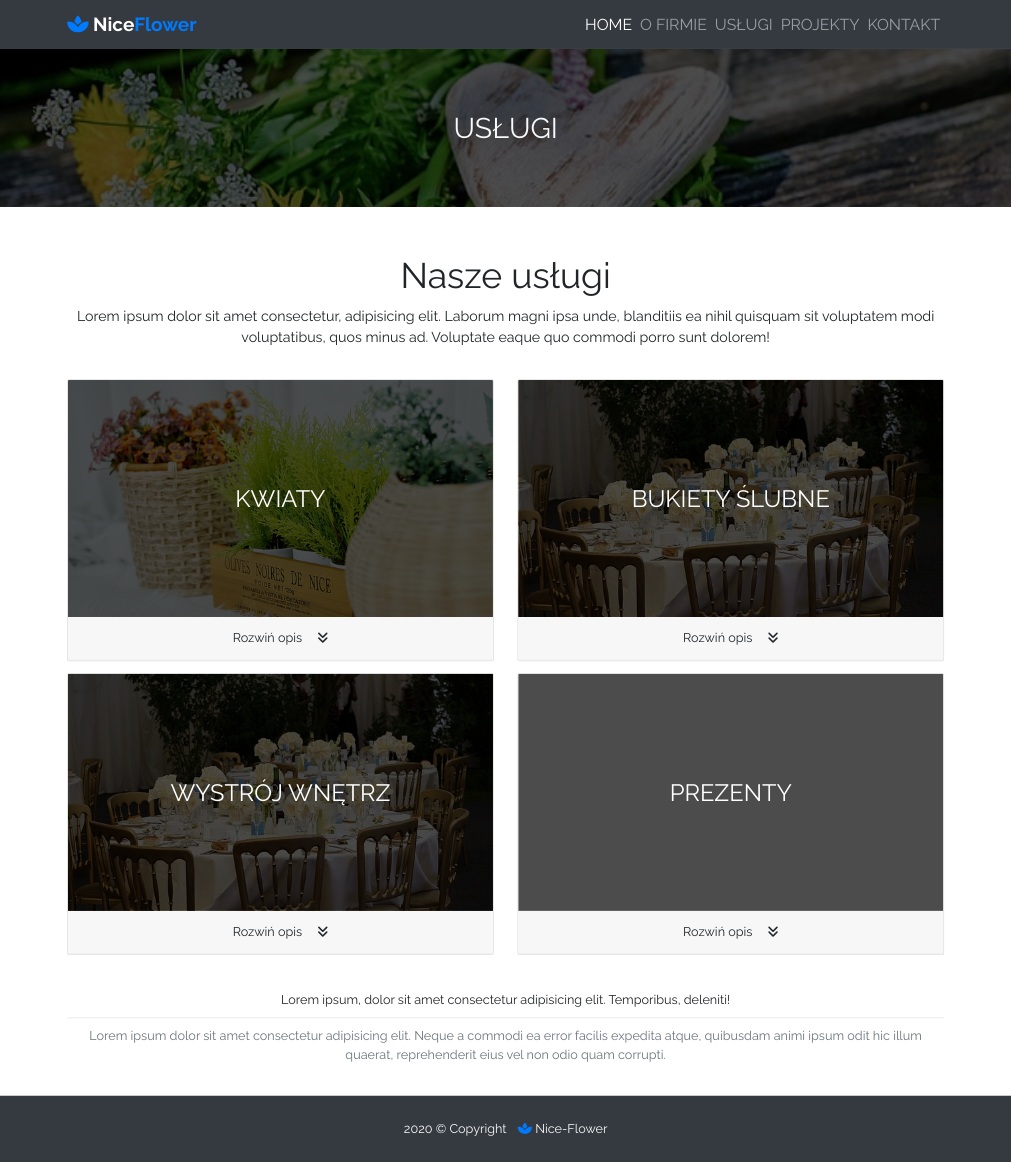
Repository: KrzysKolo/Projekt-13_Kwiaciarnia
Page: services.html
The author's editor kept a copy of each file at every save. The page is drawn from the files as they stood at one save, then again after the next save.
The browser window is 1280 px wide. The pictures show the whole page, at 79% of full size.
Some web libraries are served in a nearby version.

Above is the page before, as saved 2020-08-11 11:13:13.

### services.html
<!DOCTYPE html>
<html lang="pl">
  <head>
    <meta charset="UTF-8" />
    <meta name="viewport" content="width=device-width, initial-scale=1.0" />
    <title>Nice-Flower</title>
    <script
      src="https://kit.fontawesome.com/21efeaf281.js"
      crossorigin="anonymous"
    ></script>

    <link
      rel="stylesheet"
      href="https://stackpath.bootstrapcdn.com/bootstrap/4.5.0/css/bootstrap.min.css"
      integrity="sha384-9aIt2nRpC12Uk9gS9baDl411NQApFmC26EwAOH8WgZl5MYYxFfc+NcPb1dKGj7Sk"
      crossorigin="anonymous"
    />
    <link
      href="https://fonts.googleapis.com/css2?family=Raleway:wght@400;700&display=swap"
      rel="stylesheet"
    />
    <link rel="stylesheet" href="style.css" />
  </head>
  <body>
    <nav class="navbar navbar-expand-lg navbar-dark bg-dark py-3">
      <div class="container">
        <a class="navbar-brand" href="index.html"
          ><i class="fas fa-spa text-primary"></i> Nice<span
            class="text-primary"
            >Flower</span
          ></a
        >
        <button
          class="navbar-toggler border-0"
          type="button"
          data-toggle="collapse"
          data-target="#navbarNavAltMarkup"
          aria-controls="navbarNavAltMarkup"
          aria-expanded="false"
          aria-label="Toggle navigation"
        >
          <i class="fas fa-bars px-4"></i>
        </button>
        <div class="collapse navbar-collapse" id="navbarNavAltMarkup">
          <div class="navbar-nav ml-auto">
            <a class="nav-link active" href="index.html">Home </a>
            <a class="nav-link" href="abouteus.html">O firmie</a>
            <a class="nav-link" href="#"
              ><span class="sr-only">(current)</span>Usługi</a
            >
            <a class="nav-link" href="projects.html">Projekty</a>
            <a class="nav-link" href="contact.html">Kontakt</a>
          </div>
        </div>
      </div>
    </nav>

    <!-- MAIN -->
    <main>
      <section class="top-hero service-hero">
        <div class="hero-shadow"></div>
        <p class="top-hero-text text-light">usługi</p>
      </section>
      <section class="py-5 service-pricing">
        <div class="container">
          <div class="py-5 text-center">
            <p class="display-3">Nasze usługi</p>
            <p class="additional-text">
              Lorem ipsum dolor sit amet consectetur, adipisicing elit. Laborum
              magni ipsa unde, blanditiis ea nihil quisquam sit voluptatem modi
              voluptatibus, quos minus ad. Voluptate eaque quo commodi porro
              sunt dolorem!
            </p>
          </div>

          <div class="row">
            <div class="col-md-6">
              <div class="accordion" id="acc">
                <div class="card mb-4">
                  <div class="service-hero-box box-one">
                    <div class="hero-shadow"></div>
                    <p class="h-100 text-white text-center p-3">
                      kwiaty
                    </p>
                  </div>

                  <div
                    data-toggle="collapse"
                    data-target="#collapseOne"
                    aria-expanded="true"
                    aria-controls="collapseOne"
                  >
                    <div class="card-header text-center py-4">
                      Rozwiń opis <i class="fas fa-angle-double-down ml-4"></i>
                    </div>
                  </div>

                  <div id="collapseOne" class="collapse" data-parent="#acc">
                    <div class="card-body px-5 py-4">
                      <h3>Opis:</h3>
                      <p>
                        Lorem ipsum dolor sit amet consectetur adipisicing elit.
                        Similique, ex a. Necessitatibus quaerat repellendus
                        totam perferendis.
                      </p>
                      <h3 class="mt-5">Dla kogo?</h3>
                      <p>
                        Lorem ipsum dolor sit amet, consectetur adipisicing
                        elit. Blanditiis nisi eaque asperiores esse amet,
                        maiores harum.
                      </p>
                    </div>
                    <div class="card-footer text-center">
                      <button class="btn btn-outline-dark py-3 px-5">
                        Wybieram
                      </button>
                    </div>
                  </div>
                </div>
              </div>
            </div>
            <div class="col-md-6">
              <div class="accordion" id="acc2">
                <div class="card mb-4">
                  <div class="service-hero-box box-two">
                    <div class="hero-shadow"></div>
                    <p class="h-100 text-white text-center p-3">
                      bukiety ślubne
                    </p>
                  </div>

                  <div
                    data-toggle="collapse"
                    data-target="#collapseTwo"
                    aria-expanded="true"
                    aria-controls="collapseTwo"
                  >
                    <div class="card-header text-center py-4">
                      Rozwiń opis <i class="fas fa-angle-double-down ml-4"></i>
                    </div>
                  </div>

                  <div id="collapseTwo" class="collapse" data-parent="#acc2">
                    <div class="card-body px-5 py-4">
                      <h3>Opis:</h3>
                      <p>
                        Lorem ipsum dolor sit amet consectetur adipisicing elit.
                        Similique, ex a. Necessitatibus quaerat repellendus
                        totam perferendis.
                      </p>
                      <h3 class="mt-5">Dla kogo?</h3>
                      <p>
                        Lorem ipsum dolor sit amet, consectetur adipisicing
                        elit. Blanditiis nisi eaque asperiores esse amet,
                        maiores harum.
                      </p>
                    </div>
                    <div class="card-footer text-center">
                      <button class="btn btn-outline-dark py-3 px-5">
                        Wybieram
                      </button>
                    </div>
                  </div>
                </div>
              </div>
            </div>
            <div class="col-md-6">
              <div class="accordion" id="acc3">
                <div class="card mb-4">
                  <div class="service-hero-box box-three">
                    <div class="hero-shadow"></div>
                    <p class="h-100 text-white text-center p-3">
                      wystrój wnętrz
                    </p>
                  </div>

                  <div
                    data-toggle="collapse"
                    data-target="#collapseThree"
                    aria-expanded="true"
                    aria-controls="collapseThree"
                  >
                    <div class="card-header text-center py-4">
                      Rozwiń opis <i class="fas fa-angle-double-down ml-4"></i>
                    </div>
                  </div>

                  <div id="collapseThree" class="collapse" data-parent="#acc3">
                    <div class="card-body px-5 py-4">
                      <h3>Opis:</h3>
                      <p>
                        Lorem ipsum dolor sit amet consectetur adipisicing elit.
                        Similique, ex a. Necessitatibus quaerat repellendus
                        totam perferendis.
                      </p>
                      <h3 class="mt-5">Dla kogo?</h3>
                      <p>
                        Lorem ipsum dolor sit amet, consectetur adipisicing
                        elit. Blanditiis nisi eaque asperiores esse amet,
                        maiores harum.
                      </p>
                    </div>
                    <div class="card-footer text-center">
                      <button class="btn btn-outline-dark py-3 px-5">
                        Wybieram
                      </button>
                    </div>
                  </div>
                </div>
              </div>
            </div>
            <div class="col-md-6">
              <div class="accordion" id="acc4">
                <div class="card mb-4">
                  <div class="service-hero-box box-four">
                    <div class="hero-shadow"></div>
                    <p class="h-100 text-white text-center p-3">prezenty</p>
                  </div>

                  <div
                    data-toggle="collapse"
                    data-target="#collapseFour"
                    aria-expanded="true"
                    aria-controls="collapseFour"
                  >
                    <div class="card-header text-center py-4">
                      Rozwiń opis <i class="fas fa-angle-double-down ml-4"></i>
                    </div>
                  </div>

                  <div id="collapseFour" class="collapse" data-parent="#acc4">
                    <div class="card-body px-5 py-4">
                      <h3>Opis:</h3>
                      <p>
                        Lorem ipsum dolor sit amet consectetur adipisicing elit.
                        Similique, ex a. Necessitatibus quaerat repellendus
                        totam perferendis.
                      </p>
                      <h3 class="mt-5">Dla kogo?</h3>
                      <p>
                        Lorem ipsum dolor sit amet, consectetur adipisicing
                        elit. Blanditiis nisi eaque asperiores esse amet,
                        maiores harum.
                      </p>
                    </div>
                    <div class="card-footer text-center">
                      <button class="btn btn-outline-dark py-3 px-5">
                        Wybieram
                      </button>
                    </div>
                  </div>
                </div>
              </div>
            </div>
          </div>

          <p class="mt-5 text-center">
            Lorem ipsum, dolor sit amet consectetur adipisicing elit.
            Temporibus, deleniti!
          </p>
          <hr />
          <p class="text-muted text-center">
            Lorem ipsum dolor sit amet consectetur adipisicing elit. Neque a
            commodi ea error facilis expedita atque, quibusdam animi ipsum odit
            hic illum quaerat, reprehenderit eius vel non odio quam corrupti.
          </p>
        </div>
      </section>
    </main>
    <footer class="bg-dark text-light">
      <p class="py-5 px-3 mb-0 text-center">
        2020 &copy; Copyright
        <i class="ml-3 fas fa-spa text-primary"></i> Nice-Flower
      </p>
    </footer>
    <script
      src="https://code.jquery.com/jquery-3.5.1.slim.min.js"
      integrity="sha384-DfXdz2htPH0lsSSs5nCTpuj/zy4C+OGpamoFVy38MVBnE+IbbVYUew+OrCXaRkfj"
      crossorigin="anonymous"
    ></script>
    <script
      src="https://cdn.jsdelivr.net/npm/popper.js@1.16.0/dist/umd/popper.min.js"
      integrity="sha384-Q6E9RHvbIyZFJoft+2mJbHaEWldlvI9IOYy5n3zV9zzTtmI3UksdQRVvoxMfooAo"
      crossorigin="anonymous"
    ></script>
    <script
      src="https://stackpath.bootstrapcdn.com/bootstrap/4.5.0/js/bootstrap.min.js"
      integrity="sha384-OgVRvuATP1z7JjHLkuOU7Xw704+h835Lr+6QL9UvYjZE3Ipu6Tp75j7Bh/kR0JKI"
      crossorigin="anonymous"
    ></script>
  </body>
</html>

### style.css
* {
  box-sizing: border-box;
  margin: 0;
  padding: 0;
}
html {
  font-size: 62.5%;
}
body {
  font-family: "Raleway", sans-serif;
  font-size: 1.6rem;
}
.hero-shadow {
  position: absolute;
  top: 0;
  width: 100%;
  height: 100%;
  background-color: rgba(0, 0, 0, 0.7);
  z-index: -1;
}
.additional-text {
  font-size: 1.8rem;
}
.top-hero {
  position: relative;
  height: 20rem;
  background-size: cover;
  z-index: 0;
}
.top-hero-text {
  display: flex;
  justify-content: center;
  align-items: center;
  height: 100%;
  font-size: 3.6rem;
  text-transform: uppercase;
}
/* ----------- */
/*  nawigacja  */
/* ----------- */
nav {
  font-size: 2rem;
  text-transform: uppercase;
}
.navbar-toggler {
  font-size: 3rem;
}
.navbar-brand {
  font-size: 2.4rem;
  font-weight: bold;
  text-transform: none;
}
/* ----------- */
/*    header   */
/* ----------- */
header {
  font-size: 2rem;
}
.carousel-item {
  position: relative;
  height: 400px;
  background-position: center;
  background-size: cover;
  z-index: 0;
}
.carousel-img-one {
  background-image: url("./img/b1m.jpg");
}
.carousel-img-two {
  background-image: url("./img/b2m.jpg");
}
.carousel-img-three {
  background-image: url("./img/b4m.jpg");
}
/* ----------- */
/*     main    */
/* ----------- */
.home-boxes {
  padding: 5rem 0;
}
.home-box i {
  font-size: 4rem;
}
.home-box h3 {
  font-size: 2.6rem;
}
/* ----------- */
.home-passion {
  position: relative;
  height: 350px;
  background-image: url("./img/b8m.jpg");
  background-position: center;
  background-size: cover;
  z-index: 0;
}
/* ----------- */
.home-brand h3 {
  font-size: 3rem;
  font-weight: bold;
}
/* ----------- */
/*   aboutus   */
/* ----------- */
.aboutus-hero {
  background-image: url("./img/obrazek1.jpg");
  background-position: bottom;
}
/* ----------- */
.aboutus-top .display-3 {
  text-transform: uppercase;
}
/* ----------- */
.aboutus-info {
  background-color: rgba(0, 0, 0, 0.3);
}
.aboutus-info .container {
  padding: 2em 0.5em;
}
.aboutus-text {
  padding: 1.8rem;
}
.aboutus-text h3 {
  margin-bottom: 0.5em;
  font-size: 2.6rem;
  text-transform: uppercase;
  font-weight: bold;
  text-decoration: underline #007bff;
}
.abouts-text-right {
  text-align: right;
}
.aboutus-img {
  height: 300px;
  background-image: url("./img/b5m.jpg");
  background-position: center;
  background-size: cover;
}
/* ----------- */
.aboutus-bottom i {
  font-size: 3rem;
}
.aboutus-bottom h3 {
  font-size: 2.2rem;
  font-weight: bold;
}
/* ----------- */
/*    usługi   */
/* ----------- */
.service-hero {
  background-image: url("./img/pm.jpg");
  background-position: 0 50%;
}
/* ----------- */
.service-hero-box {
  position: relative;
  height: 300px;
  background-size: cover;
  z-index: 0;
}
.service-hero-box p {
  display: flex;
  justify-content: center;
  align-items: center;
  font-size: 3rem;
  text-transform: uppercase;
}
.service-pricing .box-one {
  background-image: url("./img/rdm.jpg");
}
.service-pricing .box-two {
  background-image: url("./img/wm.jpg");
}
.service-pricing .box-three {
  background-image: url("./img/wm.jpg");
}
.service-pricing .box-one {
  background-image: url("./img/rdm.jpg");
}
/* ----------- */
/*    footer   */
/* ----------- */
footer {
  font-size: 1.6rem;
}
@media (min-width: 992px) {
  .aboutus-info .container {
    padding: 0;
  }
  .aboutus-shadow {
    box-shadow: inset 0 5px 10px -5px rgba(0, 0, 0, 0.4);
  }
  .aboutus-text {
    padding: 5em 0;
    transform: skew(-15deg);
  }
  .abouts-text-left {
    padding-right: 2em;
    text-align: right;
  }
  .abouts-text-right {
    padding-left: 2em;
    text-align: left;
  }
  .aboutus-img {
    height: auto;
    transform: skew(-15deg);
  }
}
@media (min-width: 1400px) {
  .carousel-item {
    height: 600px;
  }
  .carousel-img-one {
    background-image: url("./img/b1.jpg");
  }
  .carousel-img-two {
    background-image: url("./img/b2.jpg");
  }
  .carousel-img-three {
    background-image: url("./img/b4.jpg");
  }
}

After the next save:
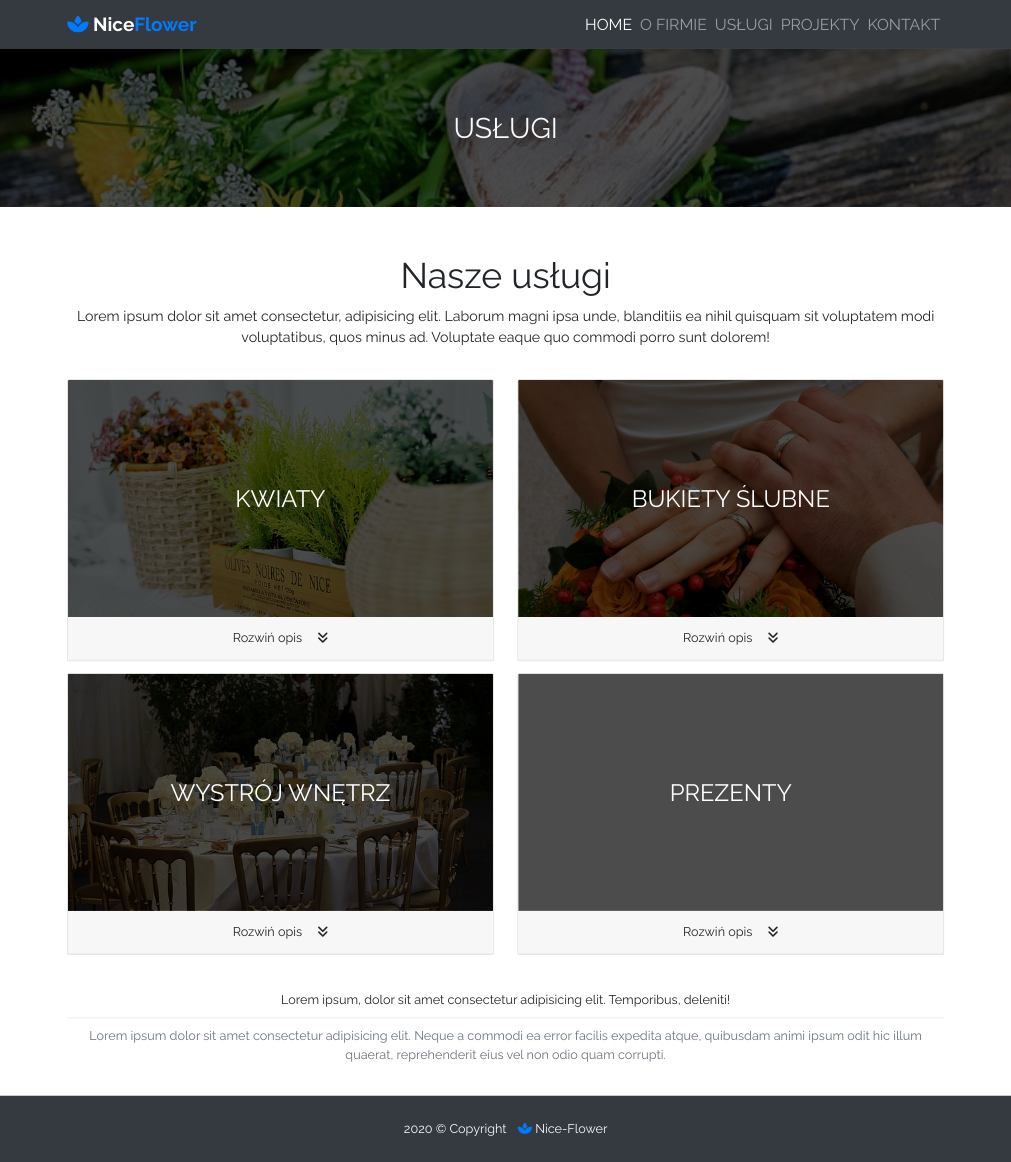
Saved 102 s later.
--- a/style.css
+++ b/style.css
@@ -168,7 +168,7 @@ header {
   background-image: url("./img/rdm.jpg");
 }
 .service-pricing .box-two {
-  background-image: url("./img/wm.jpg");
+  background-image: url("./img/bsm.jpg");
 }
 .service-pricing .box-three {
   background-image: url("./img/wm.jpg");
